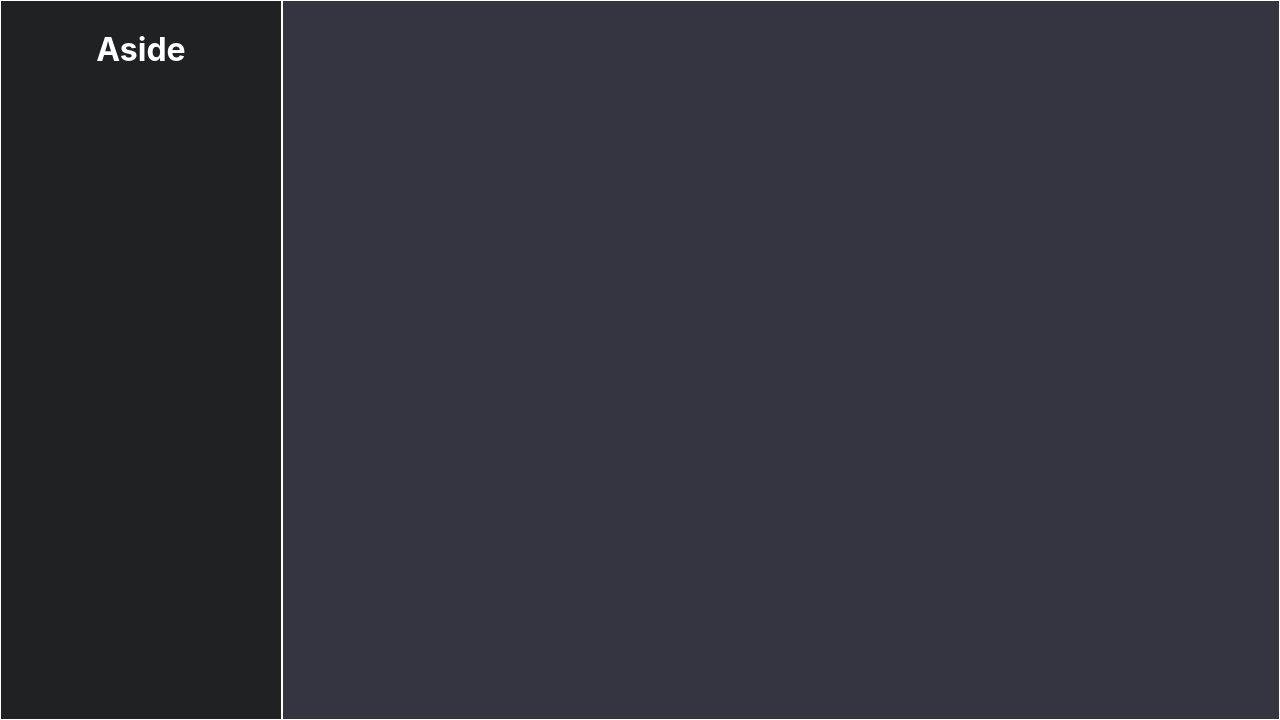
Repository: lancenigel/ChatGPT-Clone
Page: / (app in client/)
The author's editor kept a copy of each file at every save. The page is drawn from the files as they stood at one save, then again after the next save.
The browser window is 1280 px wide. The pictures show the whole page.
The project was rebuilt for these pictures with package versions that can differ from the ones it lists, and the page was loaded fresh each time.

Above is the page before, as saved 2024-02-04 00:14:39.

After the next save:
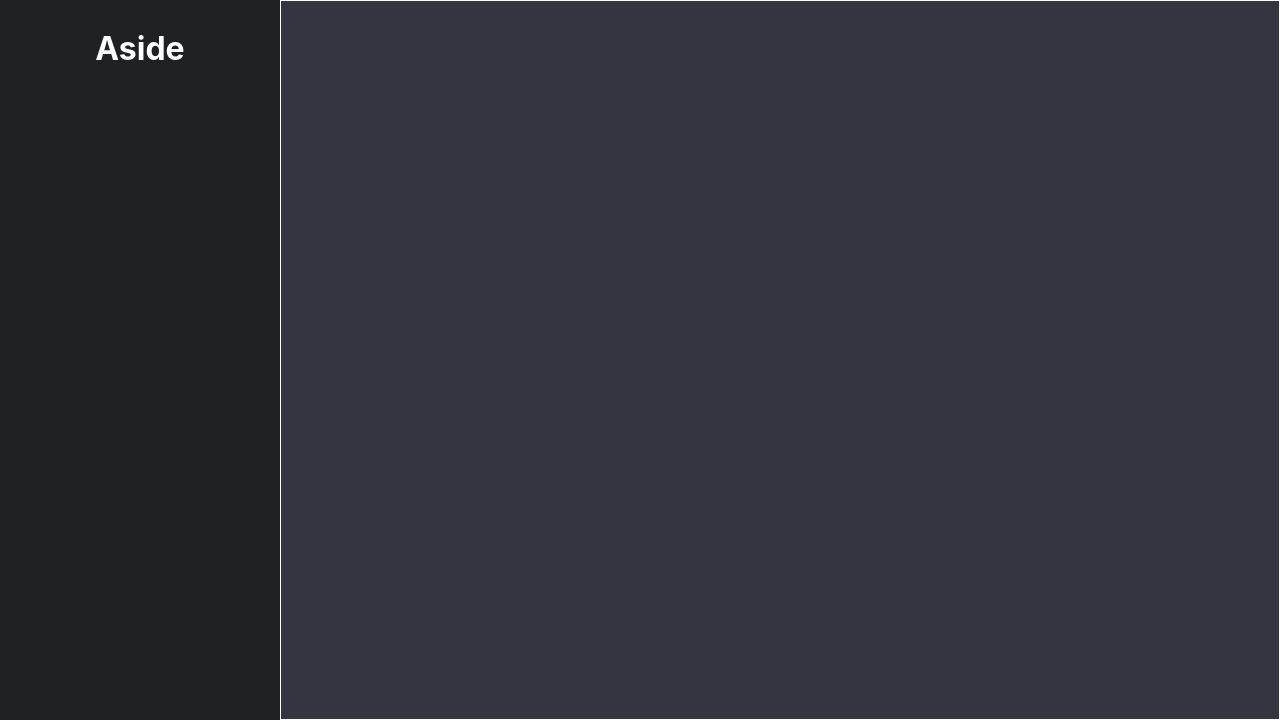
Saved 45 s later.
--- a/client/src/App.css
+++ b/client/src/App.css
@@ -16,7 +16,6 @@
 .sidemenu {
   width: 260px;
   padding: 10px;
-  border: 1px solid white;
   background-color: #202123;
 }
 
